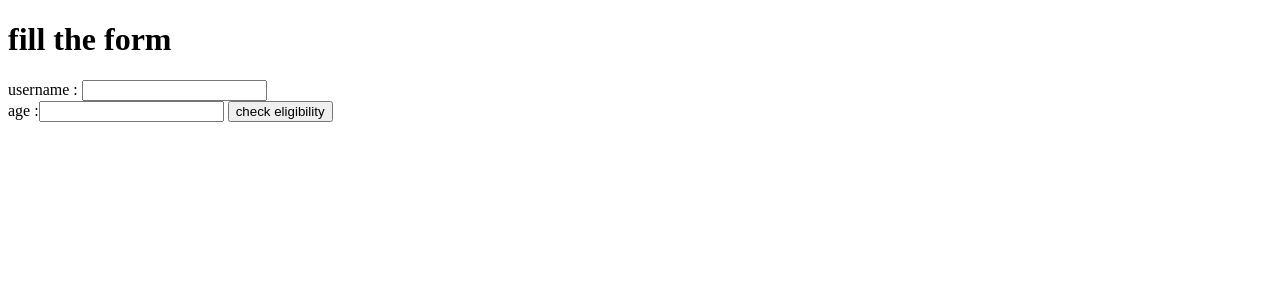
Repository: jyotiprajapati98/Techment_Training_2020
Page: Day 13 (servlets)/Techment_WebProject/WebContent/login.html
An editor plug-in stored every save of this project. The page is shown before and after the next save, followed by the edit.
The browser window is 1280 px wide. The pictures show the whole page.

Above is the page before, as saved 2020-06-10 07:28:34.

### Day 13 (servlets)/Techment_WebProject/WebContent/login.html
<!DOCTYPE html>
<html>
<head>
<meta charset="ISO-8859-1">
<title>Login</title>
</head>
<body>
	<h1>fill the form</h1>

	<form action="MyBackend" method="get">
	username : <input type="text" name="user"/><br>

	age :<input type="text" age="age"/>

	<input type="submit" value="check eligibility"/>

	</form>


</body>
</html>

After the next save:
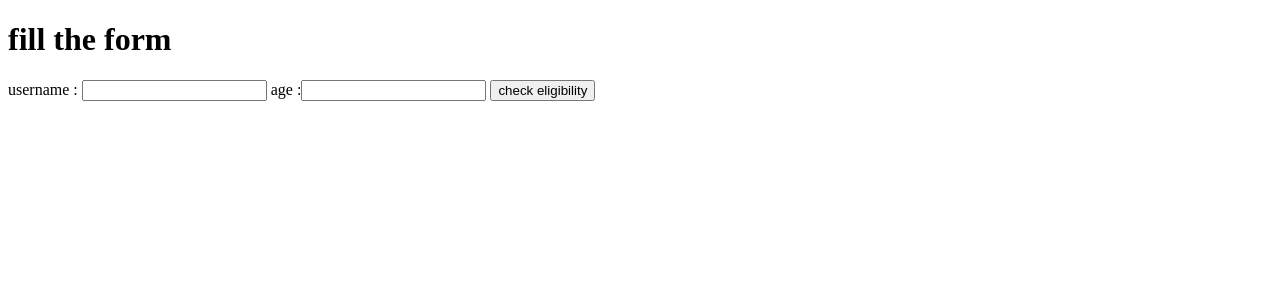
Saved 96 s later.
--- a/Day 13 (servlets)/Techment_WebProject/WebContent/login.html
+++ b/Day 13 (servlets)/Techment_WebProject/WebContent/login.html
@@ -8,7 +8,7 @@
 	<h1>fill the form</h1>
 
 	<form action="MyBackend" method="get">
-	username : <input type="text" name="user"/><br>
+	username : <input type="text" name="user"/>
 
 	age :<input type="text" age="age"/>
 
